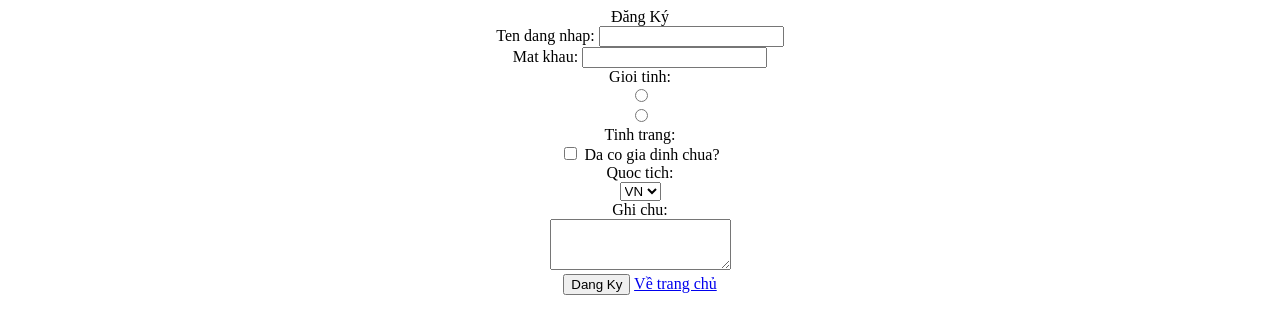
Repository: saiyagodvp/_java4
Page: http://localhost/Lab2/bai2
These files come from the project's save history. The page is drawn as it stood at one moment and after the next save; the edit follows.
The browser window is 1280 px wide. The pictures show the whole page.
The page is served by Tomcat 9.

Above is the page before, as saved 2023-03-22 08:23:29.

After the next save:
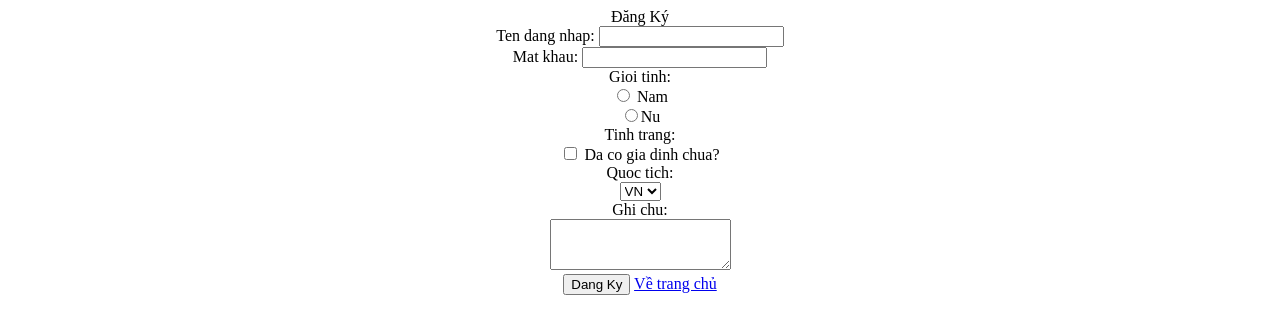
Saved 103 s later.
--- a/Lab2/src/main/webapp/views/bai2.jsp
+++ b/Lab2/src/main/webapp/views/bai2.jsp
@@ -21,11 +21,11 @@
 			<label for="male">Gioi tinh: </label>
 			<div>
 				<input type="radio" id="male" id="male" name="gioiTinh" value="Nam" />
-				<label for="male"></label>
+				<label for="male">Nam</label>
 			</div>
 			<div>
 				<input type="radio" id="female" id="female" name="gioiTinh"
-					value="Nu" /> <label for="female"></label>
+					value="Nu" />Nu<label for="female"></label>
 			</div>
 		</div>
 		<div>
